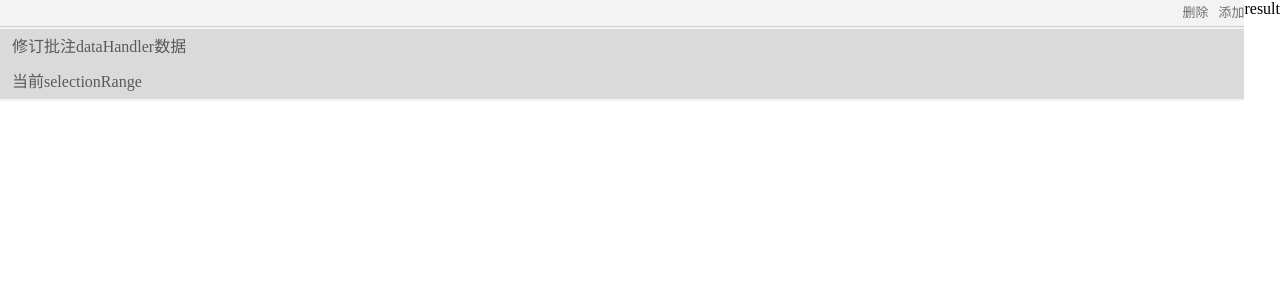
Repository: herorest/plugin
Page: panel/info.html
An editor plug-in stored every save of this project. The page is shown before and after the next save, followed by the edit.
The browser window is 1280 px wide. The pictures show the whole page.

Above is the page before, as saved 2019-06-11 11:57:06.
Console error: TypeError: Cannot read properties of null (reading 'addEventListener')

After the next save:
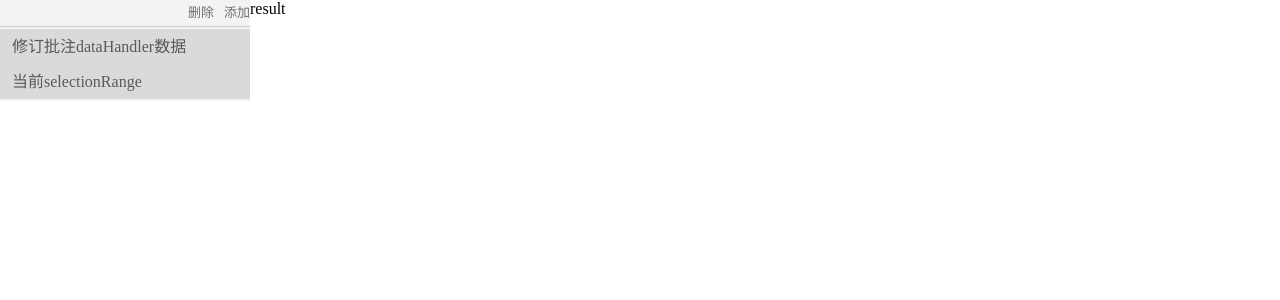
Saved 52 s later.
--- a/panel/info.css
+++ b/panel/info.css
@@ -82,11 +82,11 @@ input[type=checkbox]:checked:before {
 }
 .side {
     width:250px;
-    flex:1;
+    float:left;
     background:#f3f3f3;
 }
 .result{
-    float:left;
+    flex:1;
 }
 
 .side .tool{
